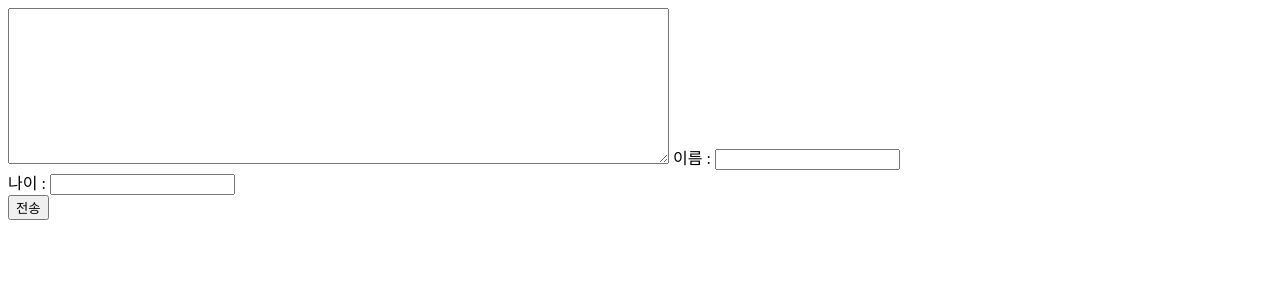
Repository: chopilyeon/JavaWeb
Page: LectureWeb/src/main/webapp/ajax/exam02.html
An editor plug-in stored every save of this project. The page is shown before and after the next save, followed by the edit.
The browser window is 1280 px wide. The pictures show the whole page.

Above is the page before, as saved 2022-05-31 04:42:44.

### LectureWeb/src/main/webapp/ajax/exam02.html
<!DOCTYPE html>
<html>
<head>
<meta charset="UTF-8">
<title>Insert title here</title>
</head>
<body>
	<textarea rows="10" cols="80" id="msgView"></textarea>
	이름 : <input type="text" name="name"><br>
	<!-- class는 하나를 그룹으로 묶어서 관리하기 위한 목적임  -->
	나이 : <input type="text" name="age"><br>
	<button>전송</button>
	<!--name은  server쪽에 전달하기 위한 목적임   -->
</body>
</html>

After the next save:
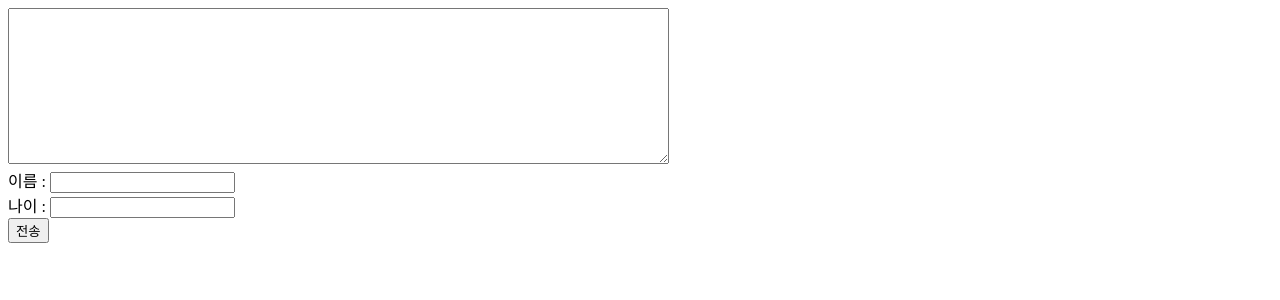
Saved 92 s later.
--- a/LectureWeb/src/main/webapp/ajax/exam02.html
+++ b/LectureWeb/src/main/webapp/ajax/exam02.html
@@ -5,7 +5,7 @@
 <title>Insert title here</title>
 </head>
 <body>
-	<textarea rows="10" cols="80" id="msgView"></textarea>
+	<textarea rows="10" cols="80" id="msgView"></textarea><br>
 	이름 : <input type="text" name="name"><br>
 	<!-- class는 하나를 그룹으로 묶어서 관리하기 위한 목적임  -->
 	나이 : <input type="text" name="age"><br>
